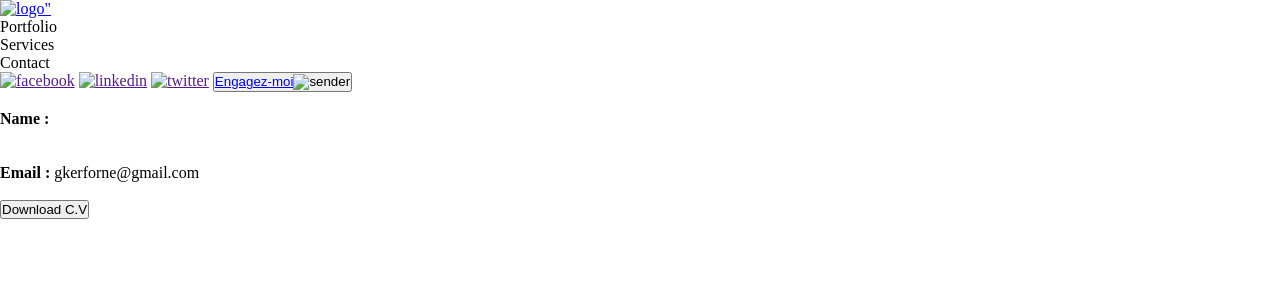
Repository: helfina/my_SiteWeb_gaelle-kfe
Page: index.html
An editor plug-in stored every save of this project. The page is shown before and after a run of saves, followed by the edit.
The browser window is 1280 px wide. The pictures show the whole page.

Above is the page before, as saved 2020-11-08 11:29:25.

### index.html
<!DOCTYPE html>
<html lang="en">
<head>
    <meta charset="UTF-8">
    <meta name="viewport" content="width=device-width, initial-scale=1.0">
    <link rel="stylesheet" href="assets/css/style.css">

    <title>Gaëlle Kerforne étudiante Freelances</title>


</head>
<body>
    <!-------------------------------------------------------------
                                HEADER
    -------------------------------------------------------------->
    <header>
        <nav>
            <a href="index.html"><img src="" alt=logo"></a>
            <ul>
                <li><a href=""></a>Portfolio</li>
                <li><a href=""></a>Services</li>
                <li><a href=""></a>Contact</li>
            </ul>
            <a href=""><img src="" alt="facebook"></a>
            <a href=""><img src="" alt="linkedin"></a>
            <a href=""><img src="" alt="twitter"></a>

            <button><a href="mailto:gkerforne@gmail.com">Engagez-moi</a><img src="" alt="sender"></button>

        </nav>
    </header>
    <main>
        <section>
            <h1></h1>
            <h2></h2>
            <img src="" alt="">
            <ul>
                <li><strong>Name : </strong></li>
                <li><strong></strong></li>
                <li><strong></strong></li>
                <li><a href="mailto:gkerforne@gmail.com"></a><strong>Email : </strong> gkerforne@gmail.com</li>
                <li><a href="tel:0786598911"></a><strong></strong></li>
            </ul>
            <button><a href="" download=""></a>Download C.V</button>
        </section>
        <section>
            <h3></h3>
            <h3></h3>
            <div>
                <article>

                </article>
            </div>
            <div>
                <article>

                </article>
            </div>
        </section>
    </main>
</body>
</html>

### assets/css/style.css
/*
                    RESET CSS
*/
* {
  margin: 0;
  padding: 0;
  outline: 0;
  box-sizing: border-box;
}

body {
 background: ;
 color: ;
 -webkit-font-smoothing: antialiased;
}

body, input, button {
 font-size: ;
 font-family: ;
}

button {
 cursor: pointer;
}
/*
                   Index
*/

After the next 5 saves:
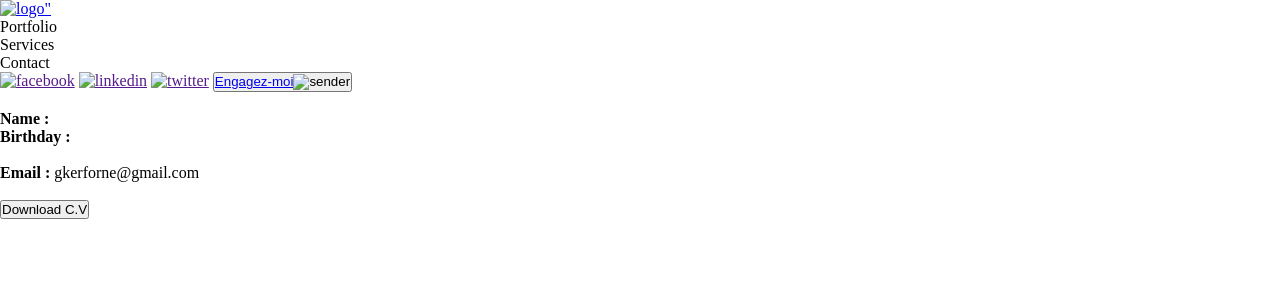
The 5 saves are shown as one change because they came seconds apart.
The last was saved 11 s later.
--- a/index.html
+++ b/index.html
@@ -36,7 +36,7 @@
             <img src="" alt="">
             <ul>
                 <li><strong>Name : </strong></li>
-                <li><strong></strong></li>
+                <li><strong>Birthday : </strong></li>
                 <li><strong></strong></li>
                 <li><a href="mailto:gkerforne@gmail.com"></a><strong>Email : </strong> gkerforne@gmail.com</li>
                 <li><a href="tel:0786598911"></a><strong></strong></li>
